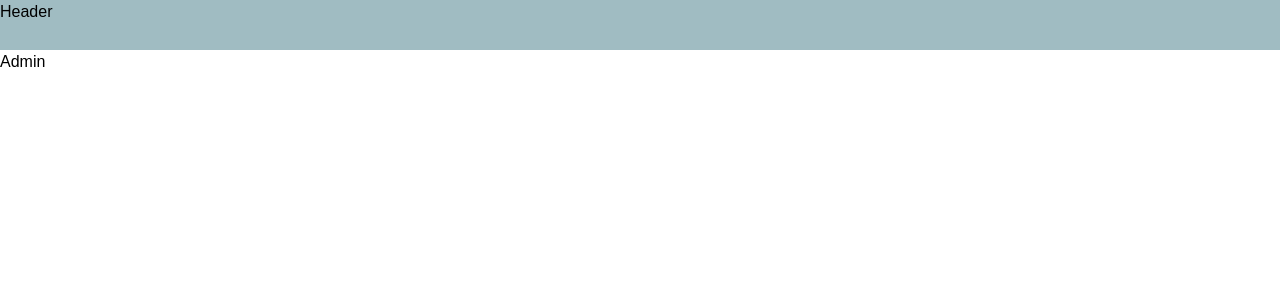
Repository: namphextra/portfolio
Page: /admin
These files come from the project's save history. The page is drawn as it stood at one moment and after the next save; the edit follows.
The browser window is 1280 px wide. The pictures show the whole page.
The project was rebuilt for these pictures with package versions that can differ from the ones it lists, and the page was loaded fresh each time. The framework's server and built-in components were replaced by stand-ins that run in the browser. Also part of the build but not shown: next.config.js.

Above is the page before, as saved 2023-02-15 14:57:11.

After the next save:
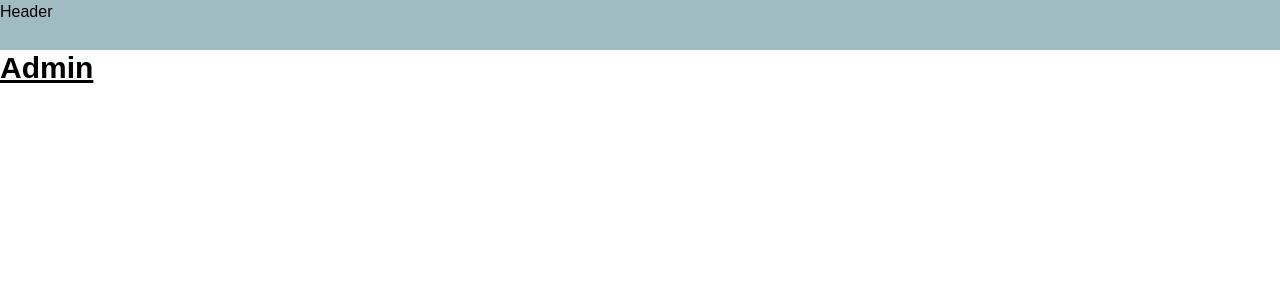
Saved 26 s later.
--- a/src/app/admin/page.tsx
+++ b/src/app/admin/page.tsx
@@ -2,7 +2,7 @@
 
 export default function Admin() {
   return (
-    <div className="admin">
+    <div className="admin text-3xl font-bold underline">
       <p>Admin</p>{" "}
     </div>
   );
